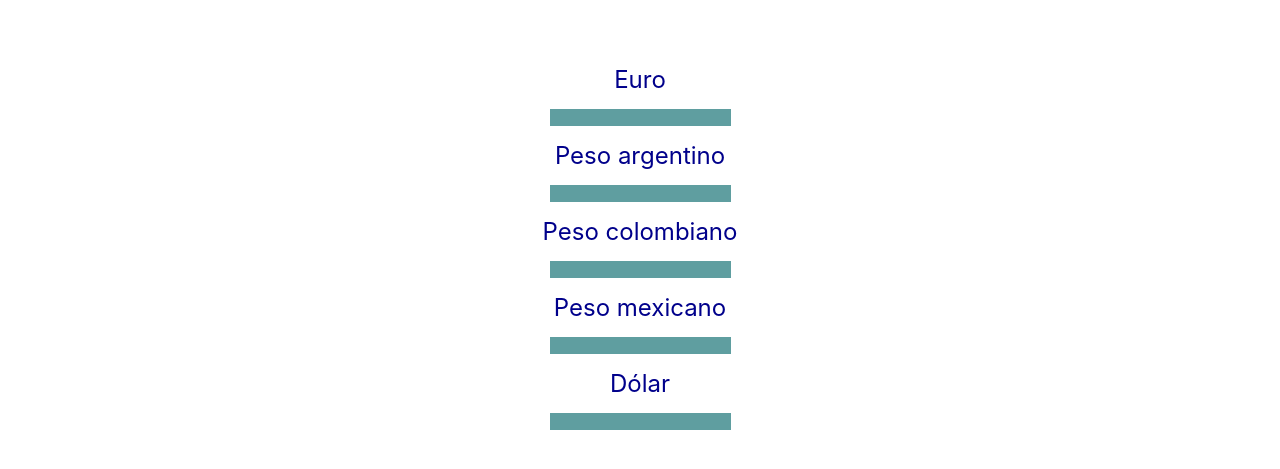
Repository: abgdev1997/ejercicios-react
Page: /
An editor plug-in stored every save of this project. The page is shown before and after the next save, followed by the edit.
The browser window is 1280 px wide. The pictures show the whole page.
The project was rebuilt for these pictures with package versions that can differ from the ones it lists, and the page was loaded fresh each time.

Above is the page before, as saved 2022-02-22 14:05:57.

After the next save:
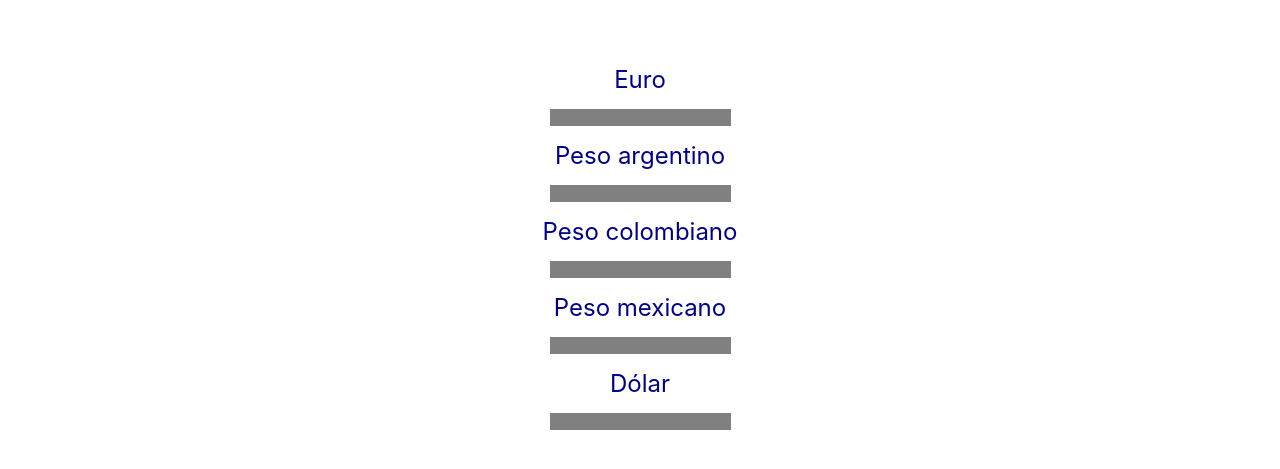
Saved 19 s later.
--- a/src/AppConversor.css
+++ b/src/AppConversor.css
@@ -13,5 +13,5 @@
 
 .input{
     border: none;
-    background-color: cadetblue;
+    background-color: grey;
 }
